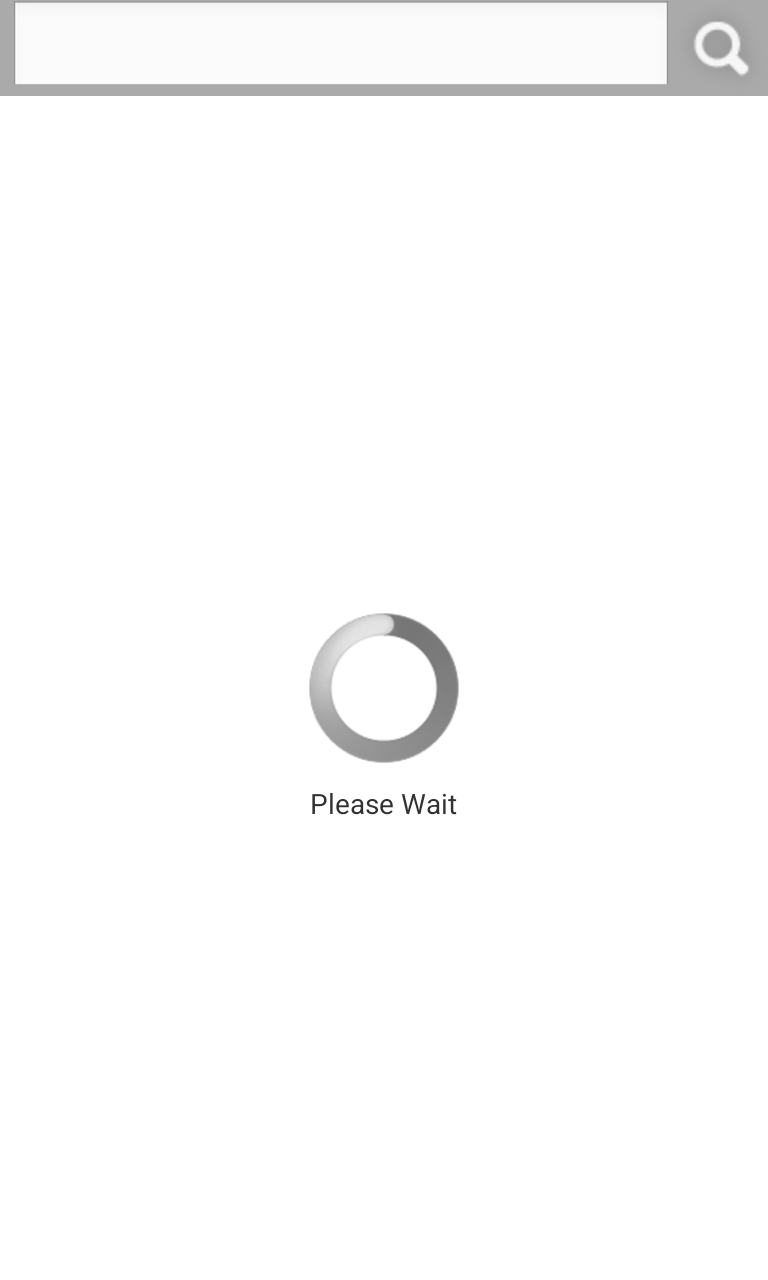
Repository: galihandy/chessboard
Layout: ArsenalIndonesia/res/layout/multiview.xml
The author's editor kept a copy of each file at every save. The layout is drawn from the files as they stood at one save, then again after the next save.
It is drawn on a 768 x 1280 px phone screen (xhdpi) without system bars, with theme android:Theme.Light.NoTitleBar; the app's code is not run. Lists and similar views that code fills are empty.

Above is the layout before, as saved 2013-02-16 04:28:45.

After the next save:
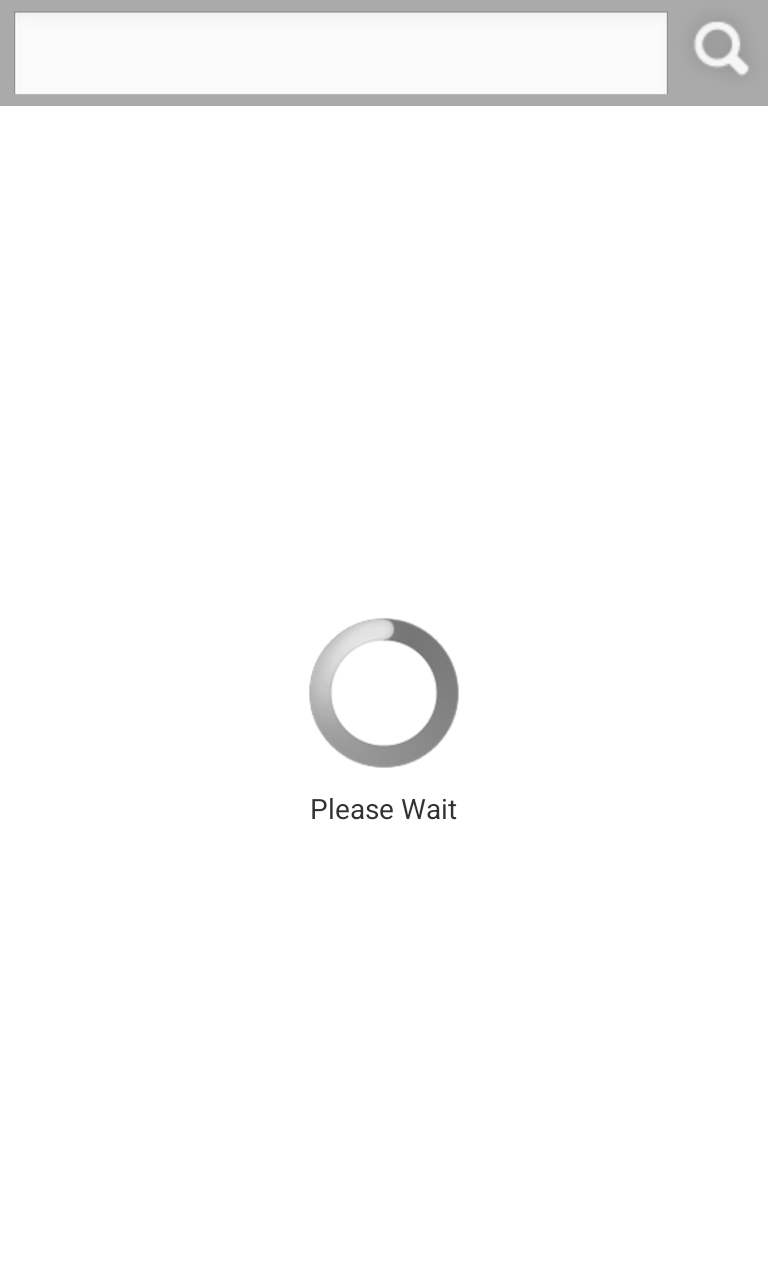
Saved 8 s later.
--- a/ArsenalIndonesia/res/layout/multiview.xml
+++ b/ArsenalIndonesia/res/layout/multiview.xml
@@ -21,7 +21,8 @@
             android:layout_height="wrap_content"
             android:layout_width="match_parent"
             android:layout_toLeftOf="@id/search_img"
-            android:layout_marginLeft="5dip"/>
+            android:layout_marginLeft="5dip"
+            android:layout_marginTop="5dip"/>
     </RelativeLayout>
 
     <RelativeLayout
